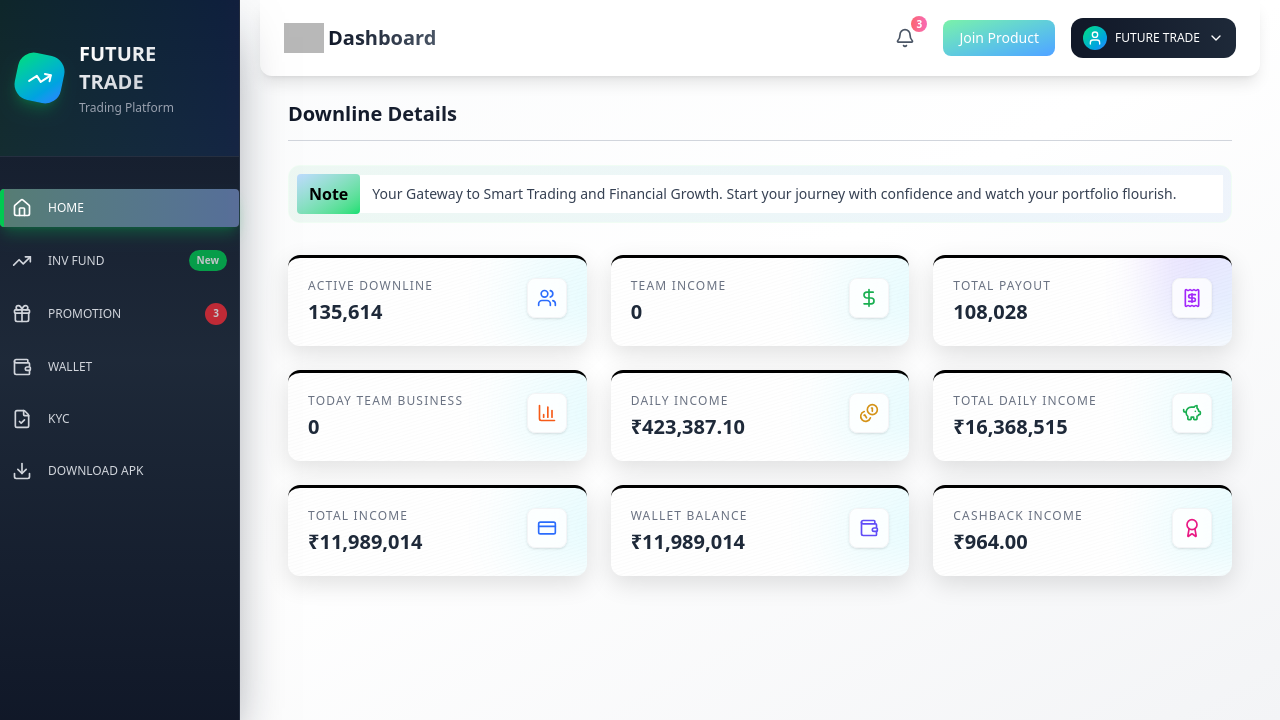
Repository: GauraVPandeyyy/Trade
Page: /
These files come from the project's save history. The page is drawn as it stood at one moment and after the next save; the edit follows.
The browser window is 1280 px wide. The pictures show the whole page.
Pictures or frames that could not be fetched are drawn as grey boxes. The project was rebuilt for these pictures with package versions that can differ from the ones it lists, and the page was loaded fresh each time. Some packages were replaced by stand-ins written for this rebuild. Also part of the build but not shown: vite.config.js, src/pages/Home.jsx, src/pages/InvFund.jsx, src/pages/Promotion.jsx, src/pages/Wallet.jsx, src/pages/Kyc.jsx, src/pages/DownloadApk.jsx.

Above is the page before, as saved 2025-08-02 13:43:09.

### src/main.jsx
import { StrictMode } from 'react'
import { createRoot } from 'react-dom/client'
import './index.css'
import App from './App.jsx'
import { BrowserRouter, RouterProvider } from 'react-router-dom'
import router from './routes.jsx/router.jsx'

createRoot(document.getElementById('root')).render(
  <StrictMode>
    <RouterProvider router={router} />
  </StrictMode>,
)

### src/App.jsx
import React from 'react'
import Sidebar from './components/Sidebar'
import { Outlet } from 'react-router-dom'
import Dashboard from './pages/Dashboard'
function App() {
  return (
    // <div className='text-center bg-gray-950 relative text-white min-h-screen w-screen'>
    //   <div className='absolute top-0 left-0 bottom-0 w-[300px] h-screen'>
    //     <Sidebar />
    //   </div>
    //   <Outlet />
    //   <h1>hello from h1</h1>
    // </div>
    <Dashboard />
  )
}

export default App

### src/routes.jsx/router.jsx
import App from "../App";
import Home from "../pages/Home";
import InvFund from "../pages/InvFund";
import Promotion from "../pages/Promotion";
import Wallet from "../pages/Wallet";
import Kyc from "../pages/Kyc";
import DownloadApk from "../pages/DownloadApk";
import { createBrowserRouter } from "react-router-dom";

const router = createBrowserRouter([
    {
        path: "/",
        element: <App />,
        children: [
            { path: "", element: <Home /> },
            { path: "inv-fund", element: <InvFund /> },
            { path: "promotion", element: <Promotion /> },
            { path: "wallet", element: <Wallet /> },
            { path: "kyc", element: <Kyc /> },
            { path: "download", element: <DownloadApk /> },
        ],
    },
]);

export default router;

### src/pages/Dashboard.jsx
import React, { useState, useEffect } from 'react';
import {
  Home,
  TrendingUp,
  Gift,
  Wallet,
  FileCheck,
  Download,
  Menu,
  X,
  Bell,
  ChevronDown,
  Users,
  DollarSign,
  CreditCard,
  BarChart3,
  PiggyBank,
  Coins,
  Receipt,
  Award,
  Search,
  Settings,
  LogOut,
  User
} from 'lucide-react';
import Sidebar from '../components/Sidebar';
import Header from '../components/Header';
import DashboardCard from '../components/DashboardCard'
// Enhanced hook for sidebar with responsive behavior
const useSidebarToggle = () => {
  const [isOpen, setIsOpen] = useState(false);
  const [isMobile, setIsMobile] = useState(false);

  useEffect(() => {
    const checkScreenSize = () => {
      setIsMobile(window.innerWidth < 768);
      if (window.innerWidth >= 768) {
        setIsOpen(false); // Reset mobile state when going to desktop
      }
    };

    checkScreenSize();
    window.addEventListener('resize', checkScreenSize);
    return () => window.removeEventListener('resize', checkScreenSize);
  }, []);

  const toggle = () => setIsOpen(!isOpen);
  const close = () => setIsOpen(false);

  return { isOpen, toggle, close, isMobile };
};



// Main Dashboard Component
const Dashboard = () => {
  const { isOpen, toggle, close, isMobile } = useSidebarToggle();
  const [statsVisible, setStatsVisible] = useState(false);

  useEffect(() => {
    const timer = setTimeout(() => setStatsVisible(true), 300);
    return () => clearTimeout(timer);
  }, []);

  const dashboardData = [
    { icon: Users, label: "Active Downline", value: "135,614", color: "text-blue-600", trend: 12.5 },
    { icon: DollarSign, label: "Team Income", value: "0", color: "text-green-600", trend: 0 },
    { icon: Receipt, label: "Total Payout", value: "108,028", color: "text-purple-600", trend: -2.1 },
    { icon: BarChart3, label: "Today Team Business", value: "0", color: "text-orange-600", trend: 0 },
    { icon: Coins, label: "Daily Income", value: "₹423,387.10", color: "text-yellow-600", trend: 8.3 },
    { icon: PiggyBank, label: "Total Daily Income", value: "₹16,368,515", color: "text-green-600", trend: 15.7 },
    { icon: CreditCard, label: "Total Income", value: "₹11,989,014", color: "text-blue-600", trend: 22.4 },
    { icon: Wallet, label: "Wallet Balance", value: "₹11,989,014", color: "text-indigo-600", trend: 5.2 },
    { icon: Award, label: "Cashback Income", value: "₹964.00", color: "text-pink-600", trend: 3.1 },
  ];

  return (
    <div className="flex min-h-screen bg-gradient-to-br from-gray-50 via-white to-gray-100">
      {/* Sidebar */}
      <Sidebar isOpen={isOpen} onClose={close} isMobile={isMobile} />

      {/* Main Content */}
      <div className={`flex-1 flex flex-col transition-all duration-300 px-5 ${!isMobile ? 'ml-0' : ''}`}>
        {/* Header */}
        <Header onMenuClick={toggle} isMobile={isMobile} />

        {/* Main Content Area */}
        <main className="flex-1 py-6 px-7 space-y-8">
          {/* Page Header */}
          <div className={`transform transition-all duration-500 ${statsVisible ? 'translate-y-0 opacity-100' : 'translate-y-4 opacity-0'}`}>
            <div className="mb-6">

              <h2 className="text-xl font-semibold bg-gradient-to-r from-gray-900 to-gray-600 bg-clip-text text-transparent mb-3">
                Downline Details
              </h2>
              <hr className='w-[100%] text-gray-300' />
              {/* <p className="text-gray-600 text-sm">Monitor your network growth and earnings</p> */}

            </div>

            {/* Enhanced Note Section */}
            <div className="relative bg-gradient-to-r from-gray-50 to-gray-50 border border-green-50 rounded-xl p-2 mb-6 overflow-hidden">
              <div className="absolute inset-0 bg-gradient-to-r from-green-500/5 to-blue-500/5"></div>
              <div className="relative flex items-center space-x-0">
                {/* <div className="w-10 h-10 bg-gradient-to-br from-green-500 to-blue-500 rounded-2xl flex items-center justify-center text-white shadow-lg">
                  <Gift size={20} />
                </div> */}

                <h5 className='font-bold bg-gradient-to-br from-blue-200 to-green-400 px-3 py-2 rounded'>
                  Note
                </h5>

                <div className="flex-1">
                  {/* <h3 className="text-md font-semibold text-gray-900 ">Welcome to Future Trade</h3> */}
                  <p className="text-gray-700 leading-relaxed text-[14px] bg-white py-2 px-3">
                    Your Gateway to Smart Trading and Financial Growth. Start your journey with confidence and watch your portfolio flourish.
                  </p>
                </div>
              </div>
            </div>
          </div>

          {/* Dashboard Cards Grid */}
          <div className="grid grid-cols-1 md:grid-cols-2 lg:grid-cols-3 gap-6">
            {dashboardData.map((card, index) => (
              <DashboardCard
                key={index}
                icon={card.icon}
                label={card.label}
                value={card.value}
                colorClass={card.color}
                trend={card.trend}
                delay={100}
              />
            ))}
          </div>

          {/* Quick Actions */}
          {/* <div className="mt-8">
            <h3 className="text-xl font-semibold text-gray-900 mb-4">Quick Actions</h3>
            <div className="grid grid-cols-2 md:grid-cols-4 gap-4">
              {[
                { icon: TrendingUp, label: "New Investment", color: "from-green-500 to-green-600" },
                { icon: Users, label: "Invite Friends", color: "from-blue-500 to-blue-600" },
                { icon: Wallet, label: "Withdraw Funds", color: "from-purple-500 to-purple-600" },
                { icon: BarChart3, label: "View Reports", color: "from-orange-500 to-orange-600" },
              ].map((action, index) => (
                <button
                  key={index}
                  className={`
                    p-6 bg-gradient-to-br ${action.color} text-white rounded-2xl
                    hover:scale-105 hover:shadow-lg transition-all duration-300
                    group relative overflow-hidden
                  `}
                  style={{ animationDelay: `${index * 100}ms` }}
                >
                  <div className="relative z-10 text-center">
                    <action.icon size={24} className="mx-auto mb-2 group-hover:scale-110 transition-transform duration-300" />
                    <p className="text-sm font-medium">{action.label}</p>
                  </div>
                  <div className="absolute inset-0 bg-gradient-to-r from-white/20 to-transparent transform -skew-x-12 -translate-x-full group-hover:translate-x-full transition-transform duration-1000"></div>
                </button>
              ))}
            </div>
          </div> */}

          {/* <div className="mt-10">
            <h3 className="text-2xl font-bold text-gray-900 mb-6">Quick Actions</h3>
            <div className="grid grid-cols-2 md:grid-cols-4 gap-5">
              {[
                {
                  icon: TrendingUp,
                  label: "New Investment",
                  color: "from-teal-500 to-cyan-600",
                  hoverColor: "hover:shadow-teal-500/20",
                  iconBg: "bg-teal-400/10"
                },
                {
                  icon: Users,
                  label: "Invite Friends",
                  color: "from-indigo-500 to-blue-500",
                  hoverColor: "hover:shadow-indigo-500/20",
                  iconBg: "bg-indigo-400/10"
                },
                {
                  icon: Wallet,
                  label: "Withdraw Funds",
                  color: "from-violet-600 to-purple-500",
                  hoverColor: "hover:shadow-violet-600/20",
                  iconBg: "bg-violet-400/10"
                },
                {
                  icon: BarChart3,
                  label: "View Reports",
                  color: "from-amber-400 to-orange-500",
                  hoverColor: "hover:shadow-amber-500/20",
                  iconBg: "bg-amber-400/10"
                }
              ].map((action, index) => (
                <button
                  key={index}
                  className={`
          p-6 bg-gradient-to-br ${action.color} text-white rounded-2xl
          hover:scale-[1.03] transform transition-all duration-300 ease-out
          shadow-md hover:shadow-lg ${action.hoverColor}
          group relative overflow-hidden border border-white/10
          flex flex-col items-center justify-center
          before:absolute before:inset-0 before:bg-white/5 before:opacity-0
          before:transition-opacity before:duration-300 hover:before:opacity-100
        `}
                  style={{
                    animationDelay: `${index * 100}ms`,
                    transitionDelay: `${index * 50}ms`
                  }}
                >

                  <div className="absolute inset-0 overflow-hidden">
                    <div className="absolute -inset-y-full -left-20 w-40 bg-white/30 transform rotate-12
            group-hover:animate-shimmer transition-all duration-1000" />
                  </div>

                  <div className="relative z-10 flex flex-col items-center">
                    <div className={`
            p-3 mb-3 rounded-xl bg-white/10 backdrop-blur-sm
            border border-white/20 group-hover:bg-white/15
            transition-all duration-300
          `}>
                      <action.icon
                        size={22}
                        className="group-hover:scale-110 transition-transform duration-300"
                        strokeWidth={1.5}
                      />
                    </div>
                    <p className="text-sm font-semibold tracking-wide">{action.label}</p>
                  </div>


                  <div className={`
          absolute -bottom-4 -right-4 w-16 h-16 rounded-full blur-lg
          bg-white/10 group-hover:bg-white/20 transition-all duration-500
        `}></div>
                </button>
              ))}
            </div>
          </div> */}
        </main>
      </div>

      <style jsx>{`
        @keyframes fadeInScale {
          from {
            opacity: 0;
            transform: scale(0.95) translateY(-10px);
          }
          to {
            opacity: 1;
            transform: scale(1) translateY(0);
          }
        }

        .animate-fadeInScale {
          animation: fadeInScale 0.2s ease-out;
        }
      `}</style>
    </div>
  );
};

export default Dashboard;

### src/components/DashboardCard.jsx
import { useState, useEffect } from 'react';


const DashboardCard = ({ icon: Icon, label, value, colorClass = "text-blue-600", trend, delay = 0 }) => {
  const [isVisible, setIsVisible] = useState(false);

  useEffect(() => {
    const timer = setTimeout(() => setIsVisible(true), delay);
    return () => clearTimeout(timer);
  }, [delay]);

  return (
    // <div
    //   className={`
    //     group relative bg-white rounded-2xl px-3 py-3 shadow-sm bg-gradient-to-br from-indigo-00 via-cyan-300 to-emerald-200  border border-gray-200
    //     hover:shadow-xl hover:shadow-gray-200/50 transition-all duration-300 cursor-pointer
    //     hover:-translate-y-2 hover:border-gray-200
    //     transform ${isVisible ? 'translate-y-0 opacity-100' : 'translate-y-8 opacity-0'}
    //     before:absolute before:inset-0 before:rounded-xl before:bg-gradient-to-r
    //     before:from-transparent before:via-transparent before:to-gray-50/50
    //     before:opacity-0 hover:before:opacity-100 before:transition-opacity before:duration-300
    //   `}
    //   style={{ transitionDelay: `${delay}ms` }}
    // >
    //   {/* Gradient overlay on hover */}
    //   <div className="absolute inset-0 rounded-xl bg-gradient-to-br from-white to-gray-50/30 opacity-0 group-hover:opacity-100 transition-opacity duration-300"></div>

    //   <div className="relative z-10 flex items-start justify-between">
    //     <div className="flex-1">
    //       <p className="text-xs font-medium text-gray-500 mb-2 tracking-wide uppercase">{label}</p>
    //       <div className="flex items-baseline space-x-2">
    //         <p className="text-lg font-bold text-gray-900 tracking-tight">{value}</p>
    //         {trend && (
    //           <span className={`text-xs font-medium ${trend >= 0 ? 'text-green-600' : 'text-red-600'}`}>
    //             {trend > 0 ? '+' : ''}{trend}%
    //           </span>
    //         )}
    //       </div>
    //     </div>
    //     <div className={`
    //       p-3 rounded-2xl transition-all duration-500 group-hover:scale-110 group-hover:rotate-6
    //       bg-gradient-to-br from-gray-50 to-gray-100 group-hover:from-white group-hover:to-gray-50
    //       ${colorClass} group-hover:shadow-lg
    //     `}>
    //       <Icon size={28} className="transition-transform duration-500 group-hover:scale-110" />
    //     </div>
    //   </div>

    //   {/* Animated bottom border */}
    //   <div className={`absolute bottom-0 left-0 h-1 bg-gradient-to-r ${colorClass.replace('text-', 'from-')} to-transparent rounded-b-2xl transition-all duration-500 w-0 group-hover:w-full`}></div>
    // </div>

    <div
      className={`
    relative h-auto border-t-3 rounded-xl p-5 overflow-hidden
    bg-white border-t-gradient-to-br from-green-400 to-blue-500
    shadow-[0_8px_24px_rgba(0,0,0,0.12)] hover:shadow-[0_12px_16px_rgba(0,0,0,0.18)]
    transition-all duration-300 ease-out
    transform ${isVisible ? 'translate-y-0 opacity-100' : 'translate-y-8 opacity-0'}
    hover:-translate-y-2 cursor-pointer
    group
  `}
      style={{ transitionDelay: `${delay}ms` }}
    >
      {/* Premium SVG background */}
      <div className="absolute inset-0 opacity-10 group-hover:opacity-20 transition-opacity duration-700">
        <svg width="100%" height="100%" viewBox="0 0 256 256" preserveAspectRatio="none">
          <defs>
            <pattern id="diagonalHatch" patternUnits="userSpaceOnUse" width="10" height="10">
              <path d="M-1,1 l2,-2 M0,10 l10,-10 M9,11 l2,-2" stroke="#888" strokeWidth="0.5" />
            </pattern>
          </defs>
          <rect width="100%" height="100%" fill="url(#diagonalHatch)" />
        </svg>
      </div>

      {/* Floating gradient accent */}
      <div className={`
    absolute -top-20 -right-20 w-40 h-40 rounded-xl blur-xl opacity-20
    bg-gradient-to-br ${colorClass.replace('text-', 'from-')} to-cyan-300
    transition-all duration-1000 group-hover:opacity-30 group-hover:-top-16
  `}></div>

      <div className="relative z-10 h-full flex flex-col">
        <div className="flex justify-between items-start">
          <div>
            <p className="text-xs font-medium text-gray-500 mb-1 tracking-widest uppercase">{label}</p>
            <p className="text-xl font-bold text-gray-800">{value}</p>
          </div>

          {/* Icon placed in top-right corner with better styling */}
          <div className={`
        w-10 h-10 rounded-lg flex items-center justify-center
        bg-white/80 backdrop-blur-sm shadow-sm
        border border-gray-100
        transition-all duration-500 group-hover:scale-110 group-hover:rotate-12
        ${colorClass}
      `}>
            <Icon size={20} className="opacity-90" />
          </div>
        </div>

        {/* {trend !== null && trend !== undefined && (
          <div className={`mt-auto w-fit inline-flex items-center px-3 py-1.5 rounded-full text-xs font-medium
    ${trend > 0 ? 'bg-green-50 text-green-700' : 'bg-red-50 text-red-700'}`}>
            {trend > 0 ? (
              <svg className="w-3 h-3 mr-1.5" fill="currentColor" viewBox="0 0 20 20">
                <path fillRule="evenodd" d="M14.707 12.707a1 1 0 01-1.414 0L10 9.414l-3.293 3.293a1 1 0 01-1.414-1.414l4-4a1 1 0 011.414 0l4 4a1 1 0 010 1.414z" clipRule="evenodd" />
              </svg>
            ) : (
              <svg className="w-3 h-3 mr-1.5" fill="currentColor" viewBox="0 0 20 20">
                <path fillRule="evenodd" d="M5.293 7.293a1 1 0 011.414 0L10 10.586l3.293-3.293a1 1 0 111.414 1.414l-4 4a1 1 0 01-1.414 0l-4-4a1 1 0 010-1.414z" clipRule="evenodd" />
              </svg>
            )}
            {Math.abs(trend)}%
          </div>
        )} */}

      </div>

      {/* Interactive border animation */}
      <div className={`
    absolute inset-0 rounded-2xl pointer-events-none
    border-2 border-transparent group-hover:border-white/30
    transition-all duration-700
  `}></div>
    </div>
  );
};

export default DashboardCard;

Loaded but not shown: index.html (common file); src/index.css (common file); src/components/Header.jsx (117 lines, source omitted); src/components/Sidebar.jsx (169 lines, source omitted)

After the next save:
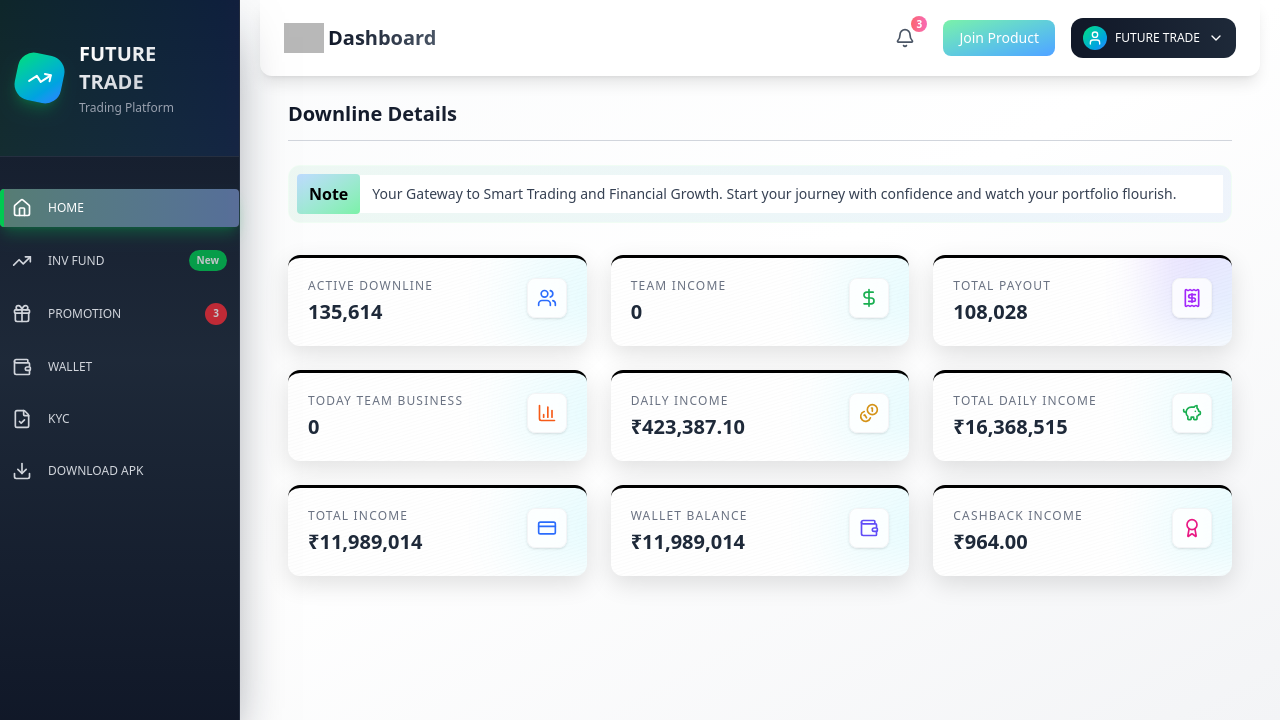
Saved 44 s later.
--- a/src/pages/Dashboard.jsx
+++ b/src/pages/Dashboard.jsx
@@ -106,7 +106,7 @@
                   <Gift size={20} />
                 </div> */}
 
-                <h5 className='font-bold bg-gradient-to-br from-blue-200 to-green-400 px-3 py-2 rounded'>
+                <h5 className='font-bold bg-gradient-to-br from-blue-200 to-green-300 px-3 py-2 rounded'>
                   Note
                 </h5>
 
